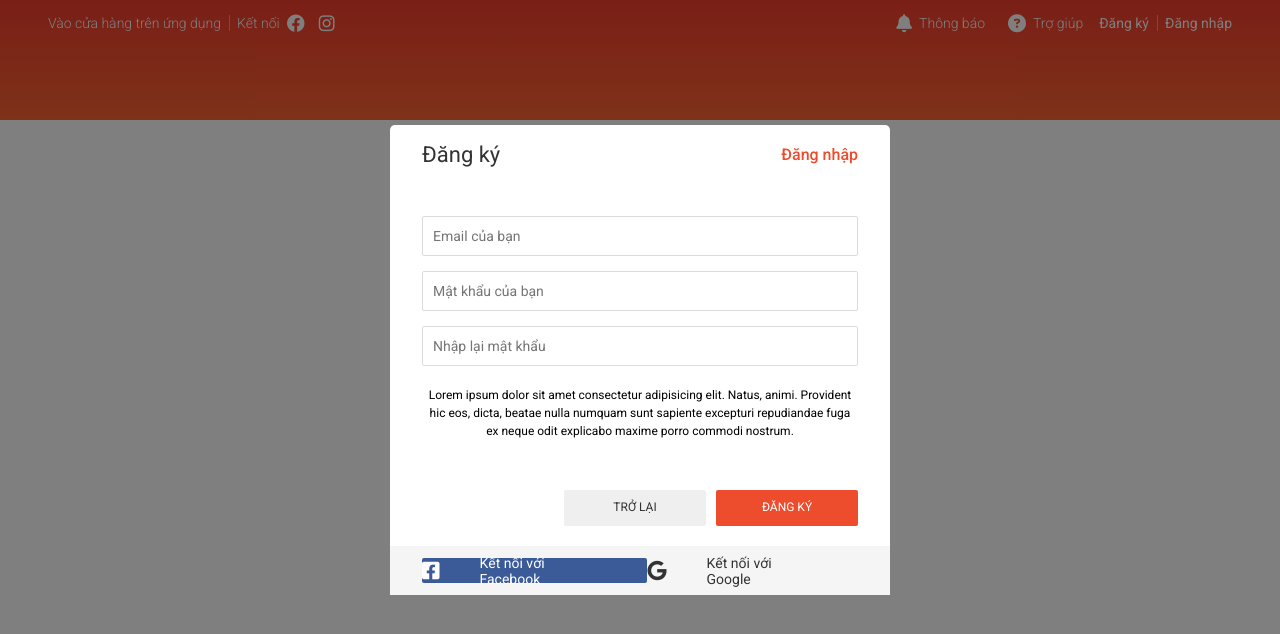
Repository: dptuyen1/F8-Tutorial
Page: index.html
The author's editor kept a copy of each file at every save. The page is drawn from the files as they stood at one save, then again after the next save.
The browser window is 1280 px wide. The pictures show the whole page.

Above is the page before, as saved 2023-05-08 18:19:00.

### index.html
<!DOCTYPE html>
<html lang="en">
  <head>
    <meta charset="UTF-8" />
    <meta http-equiv="X-UA-Compatible" content="IE=edge" />
    <meta name="viewport" content="width=device-width, initial-scale=1.0" />
    <title>Document</title>
    <link
      rel="stylesheet"
      href="https://cdnjs.cloudflare.com/ajax/libs/normalize/8.0.1/normalize.min.css"
      integrity="sha512-NhSC1YmyruXifcj/KFRWoC561YpHpc5Jtzgvbuzx5VozKpWvQ+4nXhPdFgmx8xqexRcpAglTj9sIBWINXa8x5w=="
      crossorigin="anonymous"
      referrerpolicy="no-referrer"
    />
    <link rel="stylesheet" href="assets/css/base.css" />
    <link rel="stylesheet" href="assets/css/main.css" />
    <link
      rel="stylesheet"
      href="assets/fonts/fontawesome-free-6.4.0-web/css/all.min.css"
    />
    <link rel="preconnect" href="https://fonts.googleapis.com" />
    <link rel="preconnect" href="https://fonts.gstatic.com" crossorigin />
    <link
      href="https://fonts.googleapis.com/css2?family=Roboto:wght@300;400;500;700&display=swap"
      rel="stylesheet"
    />
  </head>

  <body>
    <div class="app">
      <header class="header">
        <div class="grid">
          <nav class="header__navbar">
            <ul class="header__navbar-list">
              <li
                class="header__navbar-item header__navbar-item-has-qr header__navbar-item-separate"
              >
                Vào cửa hàng trên ứng dụng
                <div class="header__qr">
                  <img
                    src="assets/img/qr_code.png"
                    alt="QR Cođe"
                    class="header__qr-img"
                  />
                  <div class="header__qr-apps">
                    <a href="" class="header__qr-link">
                      <img
                        src="assets/img/google_play.png"
                        alt="Google Play"
                        class="header__qr-download-img"
                      />
                    </a>
                    <a href="" class="header__qr-link">
                      <img
                        src="assets/img/app_store.png"
                        alt="App Store"
                        class="header__qr-download-img"
                      />
                    </a>
                  </div>
                </div>
              </li>
              <li class="header__navbar-item">
                <span class="header__navbar-title-no-pointer">Kết nối</span>
                <a href="" class="header__navbar-icon-link">
                  <i class="header__navbar-icon fa-brands fa-facebook"></i>
                </a>
                <a href="" class="header__navbar-icon-link">
                  <i class="header__navbar-icon fa-brands fa-instagram"></i>
                </a>
              </li>
            </ul>
            <ul class="header__navbar-list">
              <li class="header__navbar-item header__navbar-item--has-notify">
                <a href="" class="header__navbar-item-link">
                  <a href="" class="header__navbar-icon-link">
                    <i class="header__navbar-icon fa-solid fa-bell"></i> </a
                  >Thông báo
                </a>
                <div class="header__notify">
                  <header class="header__notify-header">
                    <h3>Thông báo mới nhận</h3>
                  </header>
                  <ul class="header__notify-list">
                    <li class="header__notify-item">
                      <a href="" class="header_notify-link">
                        <img
                          src="assets/img/comestic.jpg"
                          alt=""
                          class="header__notify-img"
                        />
                        <div class="header__notify-info">
                          <span class="header_notify-name"
                            >Mỹ phẩm Ohui chính hãng</span
                          >
                          <span class="header__notify-description"
                            >Mô tả mỹ tả Ohui chính hãng</span
                          >
                        </div>
                      </a>
                    </li>
                    <li class="header__notify-item header__notify-item--read">
                      <a href="" class="header_notify-link">
                        <img
                          src="assets/img/comestic.jpg"
                          alt=""
                          class="header__notify-img"
                        />
                        <div class="header__notify-info">
                          <span class="header_notify-name"
                            >Mỹ phẩm Ohui chính hãng</span
                          >
                          <span class="header__notify-description"
                            >Mô tả mỹ tả Ohui chính hãng</span
                          >
                        </div>
                      </a>
                    </li>
                    <li class="header__notify-item">
                      <a href="" class="header_notify-link">
                        <img
                          src="assets/img/comestic.jpg"
                          alt=""
                          class="header__notify-img"
                        />
                        <div class="header__notify-info">
                          <span class="header_notify-name"
                            >Mỹ phẩm Ohui chính hãng</span
                          >
                          <span class="header__notify-description"
                            >Mô tả mỹ tả Ohui chính hãng</span
                          >
                        </div>
                      </a>
                    </li>
                  </ul>
                  <footer class="header__notify-footer">
                    <a href="" class="header__notify-footer-btn">Xem tất cả</a>
                  </footer>
                </div>
              </li>
              <li class="header__navbar-item">
                <a href="" class="header__navbar-item-link">
                  <a href="" class="header__navbar-icon-link">
                    <i
                      class="header__navbar-icon fa-solid fa-circle-question"
                    ></i></a
                  >Trợ giúp
                </a>
              </li>
              <li
                class="header__navbar-item header__navbar-item-bold header__navbar-item-separate"
              >
                Đăng ký
              </li>
              <li class="header__navbar-item header__navbar-item-bold">
                Đăng nhập
              </li>
            </ul>
          </nav>
        </div>
      </header>

      <div class="container"></div>

      <footer class="footer"></footer>
    </div>

    <!-- Modal layout -->
    <div class="modal">
      <div class="modal__overlay"></div>
      <div class="modal__body">
        <div class="modal__inner"></div>

        <!-- Authenticated Form -->
        <form class="auth-form">
          <div class="auth-form__container">
            <div class="auth-form__header">
              <h3 class="auth_form__heading">Đăng ký</h3>
              <span class="auth_form__switch-btn">Đăng nhập</span>
            </div>
            <div class="auth-form__form">
              <div class="auth-form__group">
                <input
                  type="text"
                  class="auth-form__input"
                  placeholder="Email của bạn"
                />
              </div>
              <div class="auth-form__group">
                <input
                  type="password"
                  class="auth-form__input"
                  placeholder="Mật khẩu của bạn"
                />
              </div>
              <div class="auth-form__group">
                <input
                  type="password"
                  class="auth-form__input"
                  placeholder="Nhập lại mật khẩu"
                />
              </div>
            </div>
            <div class="auth-form__aside">
              <p>
                Lorem ipsum dolor sit amet consectetur adipisicing elit. Natus,
                animi. Provident hic eos, dicta, beatae nulla numquam sunt
                sapiente excepturi repudiandae fuga ex neque odit explicabo
                maxime porro commodi nostrum.
              </p>
            </div>
            <div class="auth-form__controls">
              <button class="btn btn--back">TRỞ LẠI</button>
              <button class="btn btn--primary">ĐĂNG KÝ</button>
            </div>
          </div>

          <div class="auth-form__socials">
            <a
              href=""
              class="auth-form__socials--facebook btn btn--size-s btn--with-icon"
            >
              <i
                class="auth-form_socials-icon fa-brands fa-square-facebook"
              ></i>
              <span class="auth-form__socials-label">Kết nối với Facebook</span>
            </a>
            <a
              href=""
              class="auth-form__socials--google btn btn--size-s btn--with-icon"
            >
              <i class="auth-form_socials-icon fa-brands fa-google"></i>
              <span class="auth-form__socials-label">Kết nối với Google</span>
            </a>
          </div>
        </form>
      </div>
    </div>
  </body>
</html>

### assets/css/base.css
:root {
  --primary-color: #ee4d2d;
  --white-color: #fff;
  --black-color: #000;
  --text-color: #333;
  --border-color: #dbdbdb;
}

* {
  box-sizing: inherit;
}

html {
  font-size: 62.5%;
  line-height: 1.6rem;
  font-family: "Roboto", sans-serif;
  box-sizing: border-box;
}

.grid {
  width: 1200px;
  max-width: 100%;
  /* căn giữa */
  margin: 0 auto;
}

.grid__full-width {
  width: 100%;
}

.grid__row {
  display: flex;
  flex-wrap: wrap;
}

/* Modal */
.modal {
  position: fixed;
  top: 0;
  right: 0;
  bottom: 0;
  left: 0;
  display: flex;
}

.modal__overlay {
  position: absolute;
  width: 100%;
  height: 100%;
  background-color: rgba(0, 0, 0, 0.5);
}

.modal__body {
  background-color: var(--white-color);
  margin: auto;
  position: relative;
  z-index: 1;
  border-radius: 5px;
}

.modal__inner {
}

/* Button style */
.btn {
  min-width: 142px;
  height: 36px;
  text-decoration: none;
  border: none;
  border-radius: 2px;
  cursor: pointer;
  padding: 0;
  font-size: 1.2rem;
  color: var(--text-color);
  display: flex;
  justify-content: center;
  align-items: center;
}

.btn:hover {
  background-color: rgba(0, 0, 0, 0.2);
}

.btn.btn--size-s {
  height: 25px;
  font-size: 1.4rem;
}

.btn.btn--primary {
  color: var(--white-color);
  background-color: var(--primary-color);
}

.btn.btn--disabled {
  color: #ccc;
  cursor: default;
  background-color: #999;
}

/* Animation */
@keyframes fadeIn {
  from {
    opacity: 0;
  }

  to {
    opacity: 1;
  }
}

@keyframes notifyGrowth {
  from {
    opacity: 0;
    transform: scale(0);
  }

  to {
    opacity: 1;
    transform: scale(1);
  }
}

### assets/css/main.css
.header {
  height: 120px;
  background-image: linear-gradient(0, #fe6433, #f53e2d);
}

.header__navbar {
  display: flex;
  justify-content: space-between;
}

.header__navbar-list {
  list-style: none;
  padding-left: 0;
}

.header__navbar-item {
  margin: 0 8px;
  position: relative;
  min-height: 26px;
}

.header__navbar-item-has-qr:hover .header__qr {
  display: block;
}

.header__navbar-item,
.header__navbar-item-link {
  display: inline-block;
  font-size: 1.4rem;
  color: var(--white-color);
  text-decoration: none;
  font-weight: 300;
}

.header__navbar-list,
.header__navbar-item,
.header__navbar-item-link,
.header__navbar-icon-link {
  display: inline-flex;
  align-items: center;
}

.header__navbar-item:hover,
.header__navbar-item-link:hover,
.header__navbar-icon-link:hover {
  color: rgba(255, 255, 255, 0.5);
  cursor: pointer;
}

.header__navbar-item--has-notify:hover .header__notify {
  display: block;
}

.header__navbar-item-bold {
  font-weight: 400;
}

.header__navbar-item-separate::after {
  content: "";
  display: block;
  position: absolute;
  border-left: 1px solid #fb9086;
  height: 16px;
  right: -9px;
  top: 50%;
  transform: translateY(-50%);
}

.header__navbar-icon-link {
  color: var(--white-color);
  text-decoration: none;
}

.header__navbar-icon {
  font-size: 1.8rem;
  margin: 0 7px;
}

.header__navbar-title-no-pointer {
  cursor: text;
  color: var(--white-color);
}

/* Header QR Code  */
.header__qr {
  width: 185px;
  background-color: var(--white-color);
  position: absolute;
  left: 0;
  /* cao bằng thẻ chứa nó */
  top: 150%;
  padding: 8px;
  border-radius: 2px;
  display: none;
  animation: fadeIn ease-in 0.5s;
}

.header__qr::before {
  content: "";
  display: block;
  position: absolute;
  width: 100%;
  height: 20px;
  left: 0;
  top: -20px;
}

.header__qr-img {
  width: 100%;
}

.header__qr-apps {
  display: flex;
  justify-content: space-between;
}

.header__qr-link:first-child {
  margin-left: 11px;
}

.header__qr-link:last-child {
  margin-right: 11px;
}

.header__qr-download-img {
  height: 15px;
}

/* Header notification */

.header__notify {
  position: absolute;
  top: 150%;
  right: 0;
  width: 405px;
  background-color: var(--white-color);
  border: 1px solid #d3d3d3;
  border-radius: 2px;
  cursor: default;
  transform-origin: top right;
  display: none;
  animation: notifyGrowth ease-in 0.5s;
}

.header__notify::before {
  content: "";
  border-width: 20px 30px;
  border-style: solid;
  border-color: transparent transparent var(--white-color) transparent;
  position: absolute;
  right: 0;
  top: -30px;
}

.header__notify::after {
  content: "";
  display: block;
  position: absolute;
  right: 0;
  top: -20px;
  width: 100%;
  height: 20px;
}

.header__notify-header {
  height: 40px;
  background-color: var(--white-color);
}

.header__notify-header h3 {
  color: #999;
  margin: 0 0 0 12px;
  font-weight: 400;
  font-size: 1.4rem;
  line-height: 40px;
}

.header__notify-list {
  padding-left: 0;
}

.header__notify-item {
  display: flex;
}

.header__notify-item:hover {
  background-color: #f7f7f7;
}

.header__notify-item--read {
  background-color: rgba(238, 77, 45, 0.2);
}

.header_notify-link {
  width: 100%;
  display: flex;
  padding: 12px;
  text-decoration: none;
}

.header__notify-img {
  width: 50px;
  object-fit: contain;
}

.header__notify-info {
  margin-left: 12px;
}

.header_notify-name {
  display: block;
  font-size: 1.4rem;
  color: var(--black-color);
  font-weight: 400;
}

.header__notify-description {
  display: block;
  font-size: 1.2rem;
  line-height: 2rem;
  color: #756f6e;
  margin-top: 10px;
}

.header__notify-footer {
  display: flex;
}

.header__notify-footer-btn {
  text-decoration: none;
  color: var(--text-color);
  margin: 0 auto;
  padding: 10px;
  font-size: 1.4rem;
  font-weight: 400;
}

/* Authenticated modal */
.auth-form {
  width: 500px;
}

.auth-form__container {
  padding: 0 32px;
}

.auth-form__header {
  display: flex;
  align-items: center;
  justify-content: space-between;
}

.auth_form__heading {
  font-size: 2.2rem;
  font-weight: 400;
  color: var(--text-color);
}

.auth_form__switch-btn {
  font-size: 1.6rem;
  color: var(--primary-color);
  font-weight: 500;
  cursor: pointer;
}

.auth-form__form {
  margin-top: 16px;
}

.auth-form__group {
}

.auth-form__input {
  width: 100%;
  height: 40px;
  margin-top: 15px;
  padding: 0 10px;
  font-size: 1.4rem;
  border: 1px solid var(--border-color);
  border-radius: 2px;
  outline: none;
}

.auth-form__input:focus {
  border-color: #777;
}

.auth-form__aside {
  margin-top: 20px;
}

.auth-form__aside p {
  font-size: 1.2rem;
  line-height: 1.8rem;
  text-align: center;
}

.auth-form__controls {
  margin-top: 50px;
  margin-bottom: 20px;
  display: flex;
  justify-content: flex-end;
}

.btn {
}

.btn--back {
  margin-right: 10px;
}

.btn--primary {
}

.auth-form__socials {
  background-color: #f5f5f5;
  padding: 12px 32px;
  display: flex;
  justify-content: space-between;
}

.btn--with-icon {
}

.auth-form_socials-icon {
  font-size: 2rem;
}

.auth-form__socials--facebook {
  color: var(--white-color);
  background-color: #3a5a98;
}

.auth-form__socials--facebook .auth-form_socials-icon {
  color: var(--white-color);
}

.auth-form__socials-label {
  margin: 0 40px;
}

Loaded but not shown: assets/fonts/fontawesome-free-6.4.0-web/css/all.min.css (library)

After the next save:
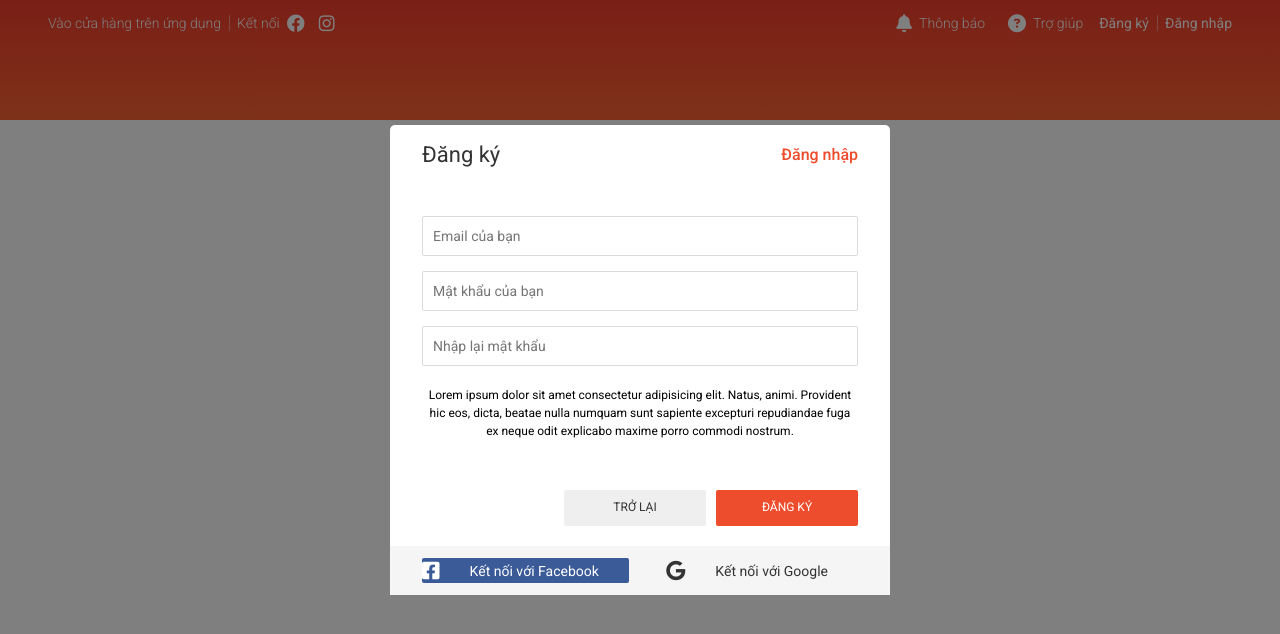
Saved 6 s later.
--- a/assets/css/main.css
+++ b/assets/css/main.css
@@ -336,5 +336,5 @@
 }
 
 .auth-form__socials-label {
-  margin: 0 40px;
-}
+  margin: 0 30px;
+}
